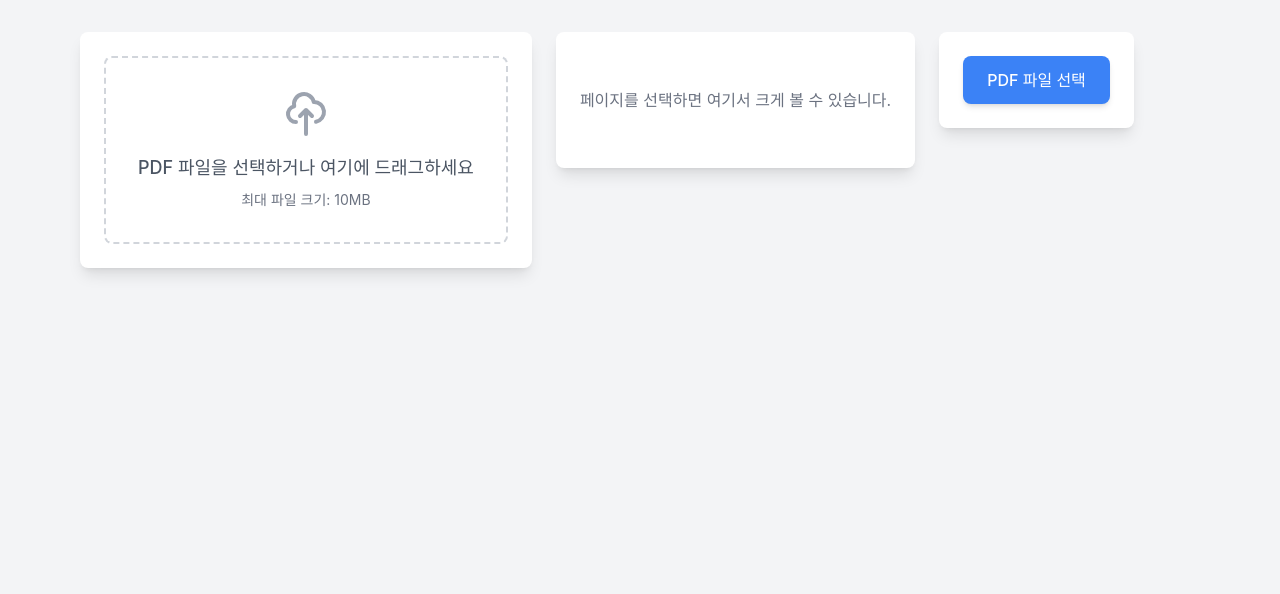
Repository: orcaCrew/PDF-Handler
Page: /
An editor plug-in stored every save of this project. The page is shown before and after the next save, followed by the edit.
The browser window is 1280 px wide. The pictures show the whole page.
The project was rebuilt for these pictures with package versions that can differ from the ones it lists, and the page was loaded fresh each time.

Above is the page before, as saved 2025-07-18 16:33:05.

After the next save:
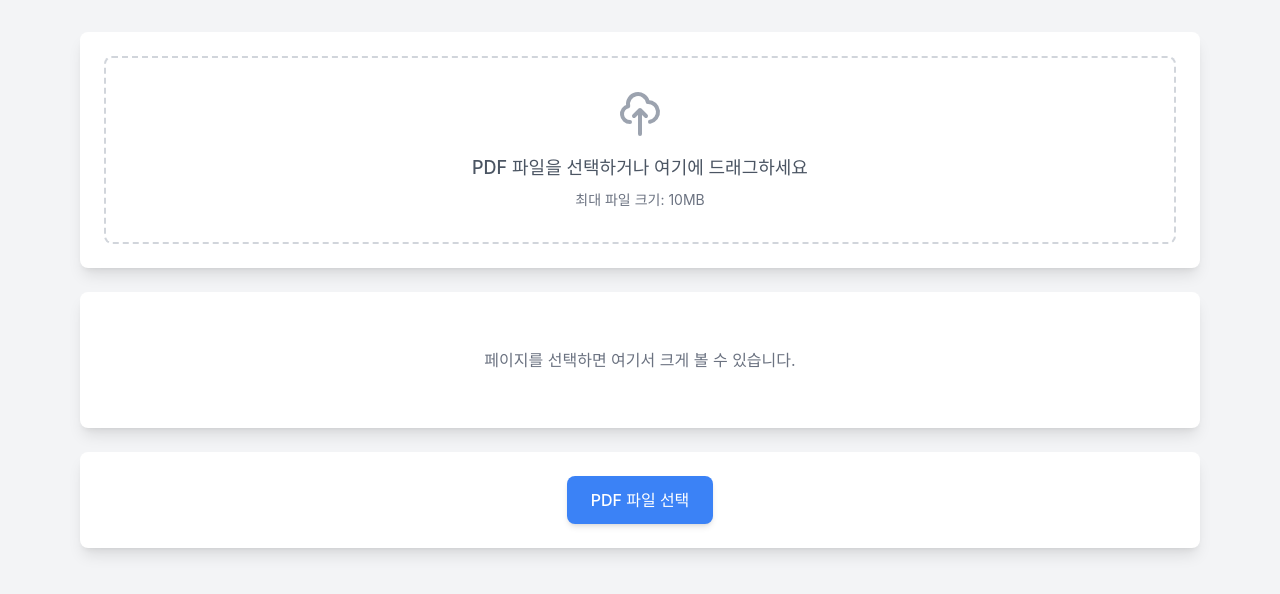
Saved 7 s later.
--- a/src/App.js
+++ b/src/App.js
@@ -89,7 +89,7 @@
   return (
     <div className="min-h-screen bg-gray-100 py-8">
       <div className="max-w-6xl mx-auto px-4 space-y-6">
-        <div className="flex flex-col lg:flex-row gap-6">
+        <div className="flex flex-col w-fulllg:flex-row gap-6">
           {/* 미리보기 영역 */}
           <div className="lg:w-4/10">
             <div className="bg-white rounded-lg shadow-lg p-6">

After the save that followed:
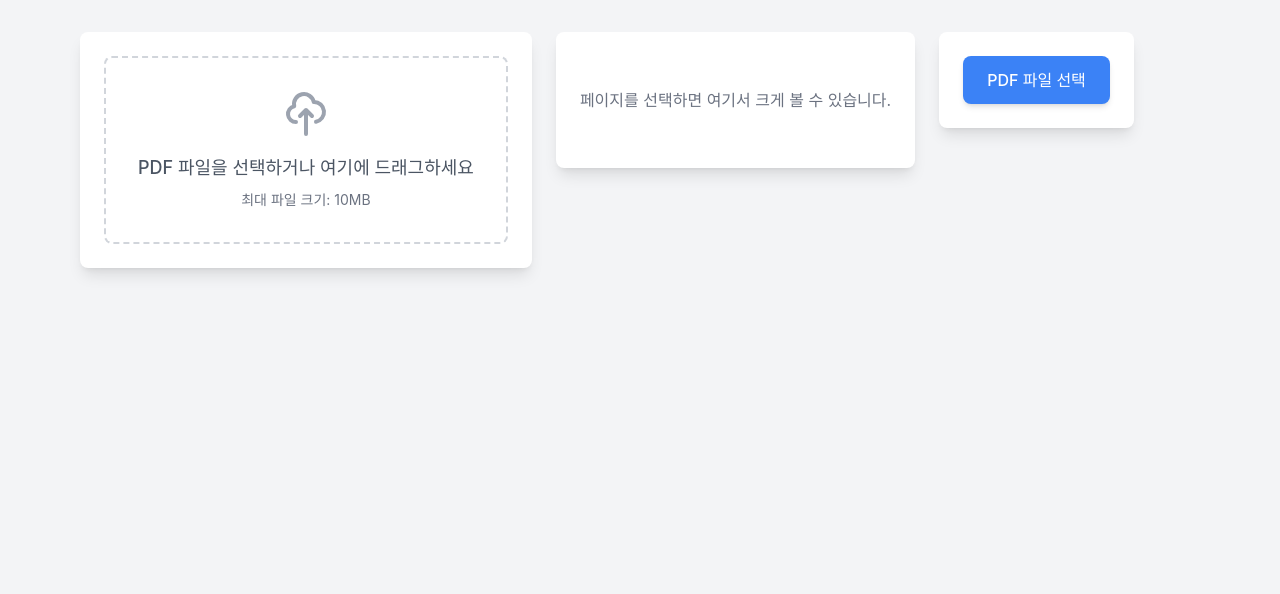
Saved 4 s later.
--- a/src/App.js
+++ b/src/App.js
@@ -89,7 +89,7 @@
   return (
     <div className="min-h-screen bg-gray-100 py-8">
       <div className="max-w-6xl mx-auto px-4 space-y-6">
-        <div className="flex flex-col w-fulllg:flex-row gap-6">
+        <div className="flex flex-col lg:flex-row gap-6">
           {/* 미리보기 영역 */}
           <div className="lg:w-4/10">
             <div className="bg-white rounded-lg shadow-lg p-6">
